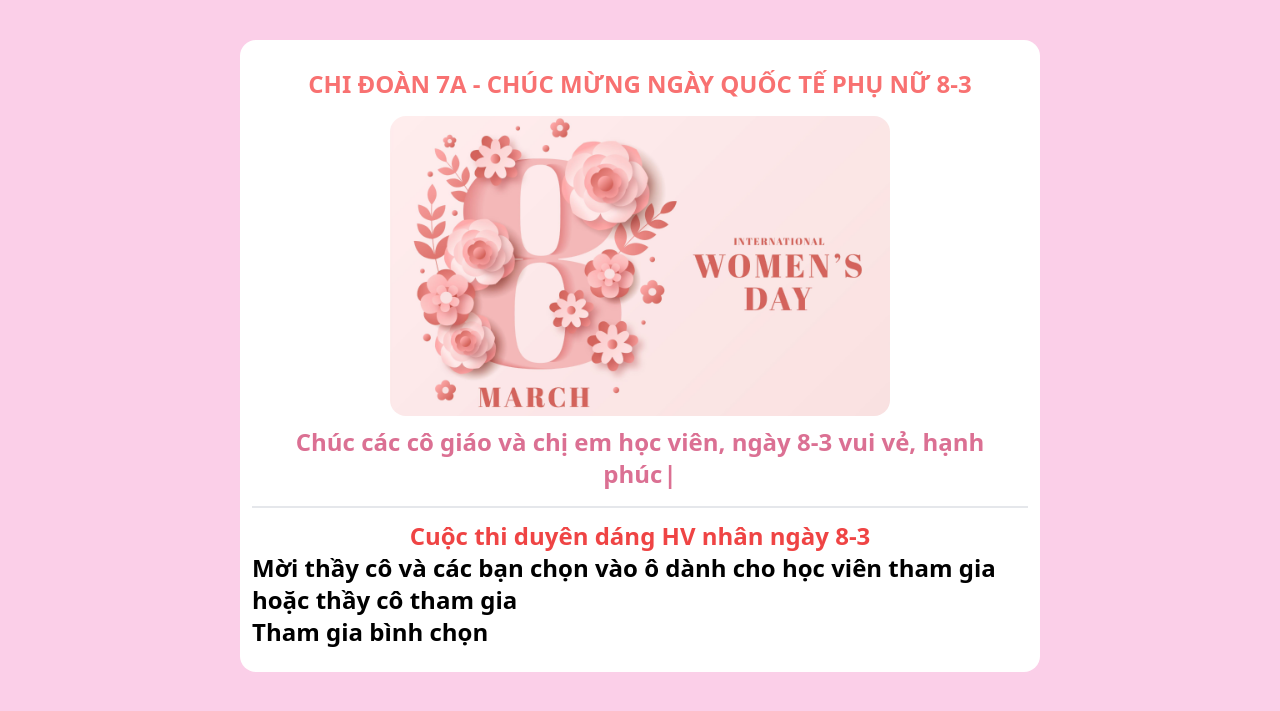
Repository: hoang0508/web-837A
Page: /
The author's editor kept a copy of each file at every save. The page is drawn from the files as they stood at one save, then again after the next save.
The browser window is 1280 px wide. The pictures show the whole page.
Some web fonts or font styles are not loaded; a fallback is used. The project was rebuilt for these pictures with package versions that can differ from the ones it lists, and the page was loaded fresh each time. Also part of the build but not shown: vite.config.js.

Above is the page before, as saved 2025-02-28 19:22:01.

After the next save:
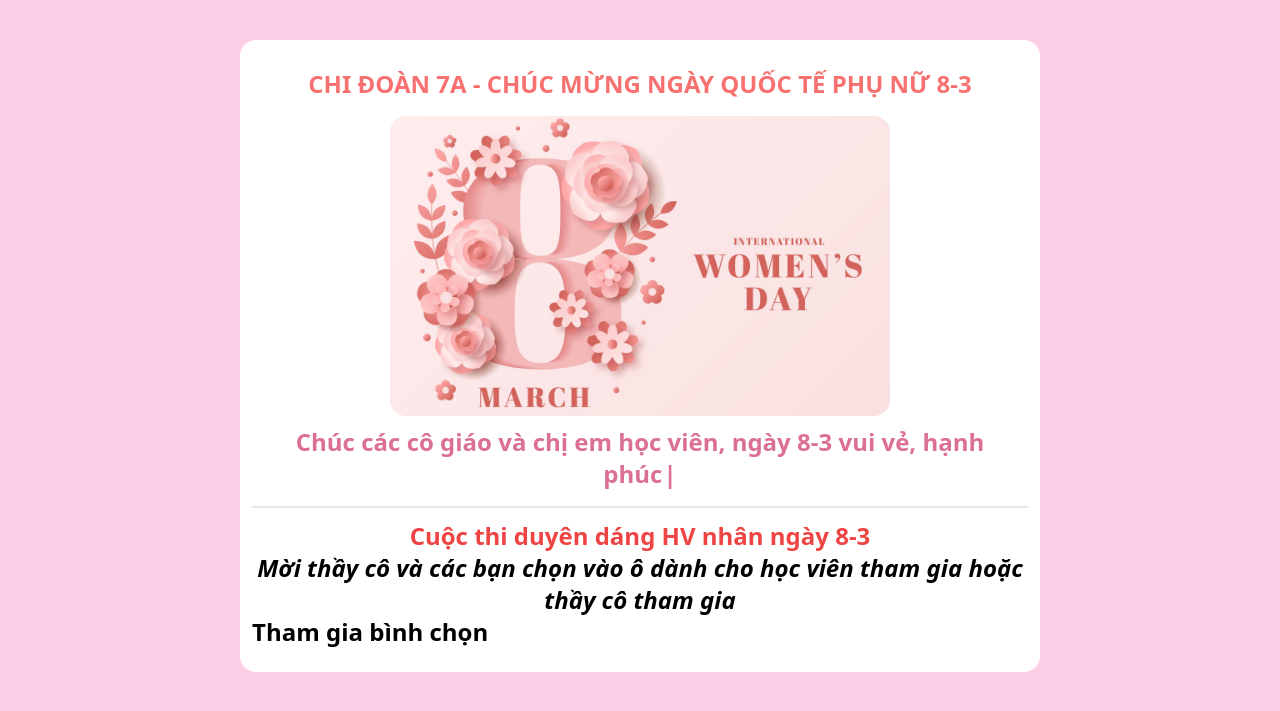
Saved 80 s later.
--- a/src/App.jsx
+++ b/src/App.jsx
@@ -38,7 +38,7 @@ function App() {
             <h3 className="text-center font-bold text-red-500">
               Cuộc thi duyên dáng HV nhân ngày 8-3
             </h3>
-            <p>
+            <p className="text-center italic">
               Mời thầy cô và các bạn chọn vào ô dành cho học viên tham gia hoặc
               thầy cô tham gia
             </p>
